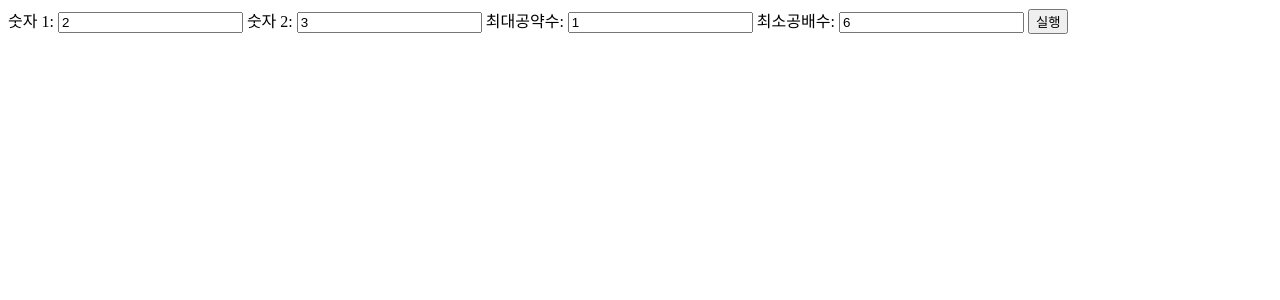
Repository: Jadedvst/Java_JSP-Servlet
Page: http://localhost/MustHaveJSP/JSMission/GCD.jsp
The author's editor kept a copy of each file at every save. The page is drawn from the files as they stood at one save, then again after the next save.
The browser window is 1280 px wide. The pictures show the whole page.
The page is served by Tomcat 10. Other server files are loaded and not shown.

Above is the page before, as saved 2023-12-13 05:27:51.

### MustHaveJSP/src/main/webapp/JSMission/GCD.jsp
<%@ page language="java" contentType="text/html; charset=UTF-8"
    pageEncoding="UTF-8"%>
<%@ page import="java.lang.Math" %>
<%-- <%

String calcGCD = request.getParameter("GCD");
String calcLCM = request.getParameter("LCM");
%> --%>
<%! public int gcd(int n, int m){//(6,4)
		if(n%m==0)
			return m;
		return gcd(m,n%m);
}
%>

<%
	int num1 = 2;
	int num2 = 3;
	int calcGCD = 1;
	int calcLCM = 6;
	String snum1 = request.getParameter("num1");
	String snum2 = request.getParameter("num2");
	if(snum1!=null&&snum2!=null){
		num1 = Integer.parseInt(snum1);
		num2 = Integer.parseInt(snum2);
		int min=Math.min(num1,num2);
		int max=Math.max(num1,num2);
		calcGCD=gcd(max,min);
		calcLCM=num1*num2/calcGCD;
	}


%>
<%-- <%!
	public void handleClick(String num1,String num2){
	num2=num1;
}
%> --%>
<!DOCTYPE html>
<html>
<head>
<meta charset="UTF-8">
<title>LCM</title>
</head>
<body>
<form><!--form 에 action이 달리지 않으면 submit누를시 자기자신 호출-->
숫자 1: <input type="number" name="num1" value="<%=num1%>" placeholder="2">
숫자 2: <input type="number" name="num2" value="<%=num2%>" placeholder="3">
최대공약수: <input type="number" name = "GCD" value ="<%=calcGCD %>" placeholder="1" readOnly>
최소공배수: <input type="number" name = "LCM" value ="<%=calcLCM %>" placeholder="6" readOnly>
<input type="submit" value="실행">
</form>
</body>
</html>

After the next save:
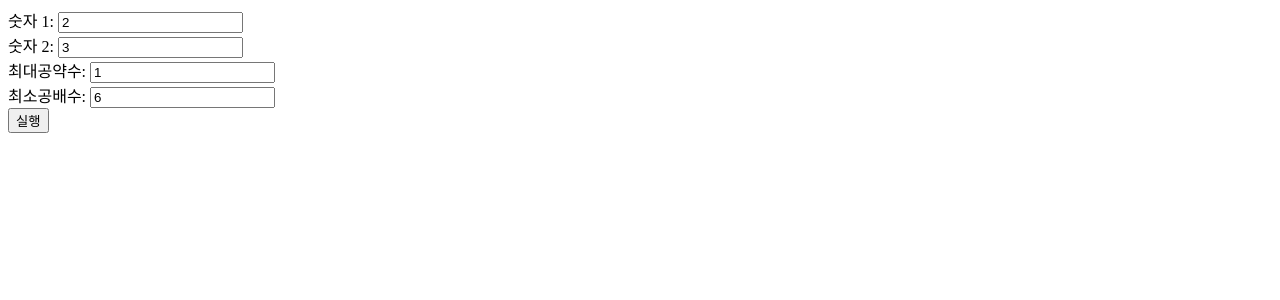
Saved 18 s later.
--- a/MustHaveJSP/src/main/webapp/JSMission/GCD.jsp
+++ b/MustHaveJSP/src/main/webapp/JSMission/GCD.jsp
@@ -44,10 +44,10 @@ String calcLCM = request.getParameter("LCM");
 </head>
 <body>
 <form><!--form 에 action이 달리지 않으면 submit누를시 자기자신 호출-->
-숫자 1: <input type="number" name="num1" value="<%=num1%>" placeholder="2">
-숫자 2: <input type="number" name="num2" value="<%=num2%>" placeholder="3">
-최대공약수: <input type="number" name = "GCD" value ="<%=calcGCD %>" placeholder="1" readOnly>
-최소공배수: <input type="number" name = "LCM" value ="<%=calcLCM %>" placeholder="6" readOnly>
+숫자 1: <input type="number" name="num1" value="<%=num1%>" placeholder="2"><br/>
+숫자 2: <input type="number" name="num2" value="<%=num2%>" placeholder="3"><br/>
+최대공약수: <input type="number" name = "GCD" value ="<%=calcGCD %>" placeholder="1" readOnly><br/>
+최소공배수: <input type="number" name = "LCM" value ="<%=calcLCM %>" placeholder="6" readOnly><br/>
 <input type="submit" value="실행">
 </form>
 </body>
